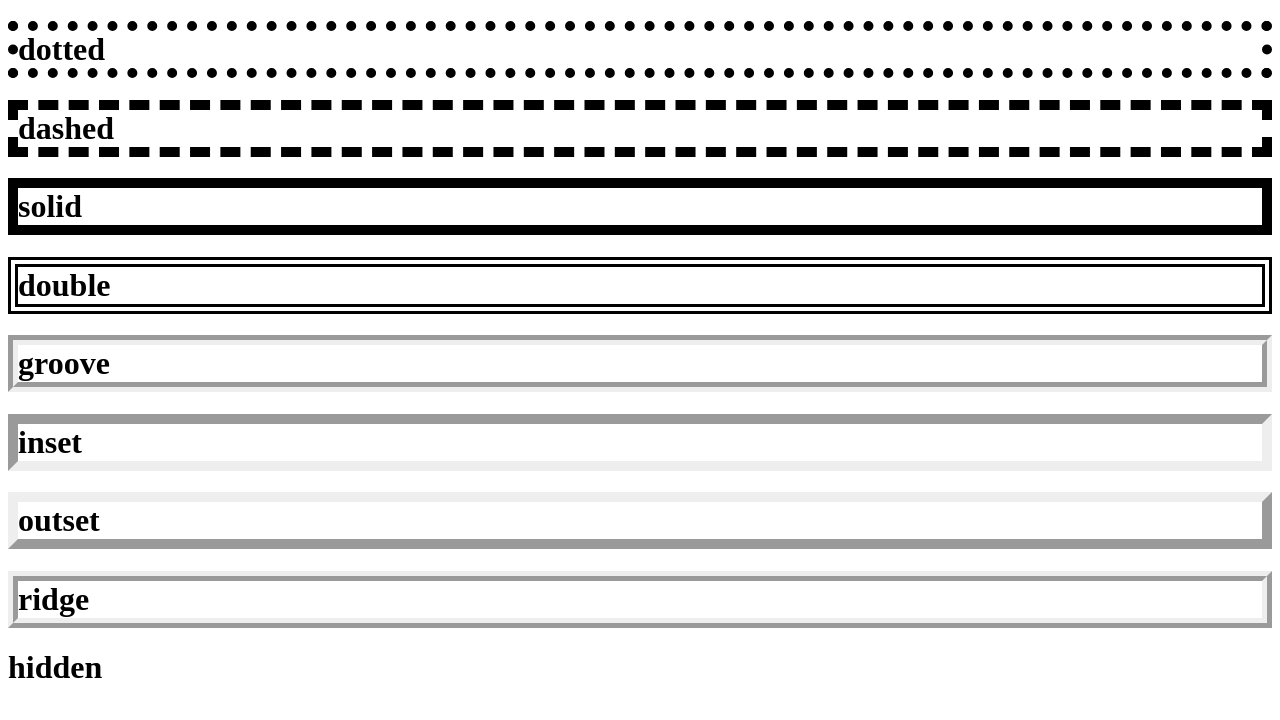
Repository: KimHeonSeung/TJE_HTML
Page: sources/day_04/WebContent/border_style.html
These files come from the project's save history. The page is drawn as it stood at one moment and after the next save; the edit follows.
The browser window is 1280 px wide. The pictures show the whole page.

Above is the page before, as saved 2019-05-15 01:24:04.

### sources/day_04/WebContent/border_style.html
<!DOCTYPE html>
<html>
<head>
<meta charset="UTF-8">
<title>Insert title here</title>
<style>
#dot {
	border-style: dotted;
	border-width: 10px;
}

#dash {
	border-style: dashed;
	border-width: 10px;
}

#solid {
	border-style: solid;
	border-width: 10px;
}

#groove {
	border-style: groove;
	border-width: 10px;
}

#inset {
	border-style: inset;
	border-width: 10px;
}

#outset {
	border-style: outset;
	border-width: 10px;
}

#ridge {
	border-style: ridge;
	border-width: 10px;
}

#hidden {
	border-style: hidden;
	border-width: 10px;
}

#double {
	border-style: double;
	border-width: 10px;
}

</style>

</head>
<body>
<h1 id = "dot" border = 1>dotted</h1>
<h1 id = "dash" border = 1>dashed</h1>
<h1 id = "solid" border = 1>solid</h1>
<h1 id = "double" border = 1>double</h1>
<h1 id = "groove" border = 1>groove</h1>
<h1 id = "inset" border = 1>inset</h1>
<h1 id = "outset" border = 1>outset</h1>
<h1 id = "ridge" border = 1>ridge</h1>
<h1 id = "hidden" border = 1>hidden</h1>


</body>
</html>

After the next save:
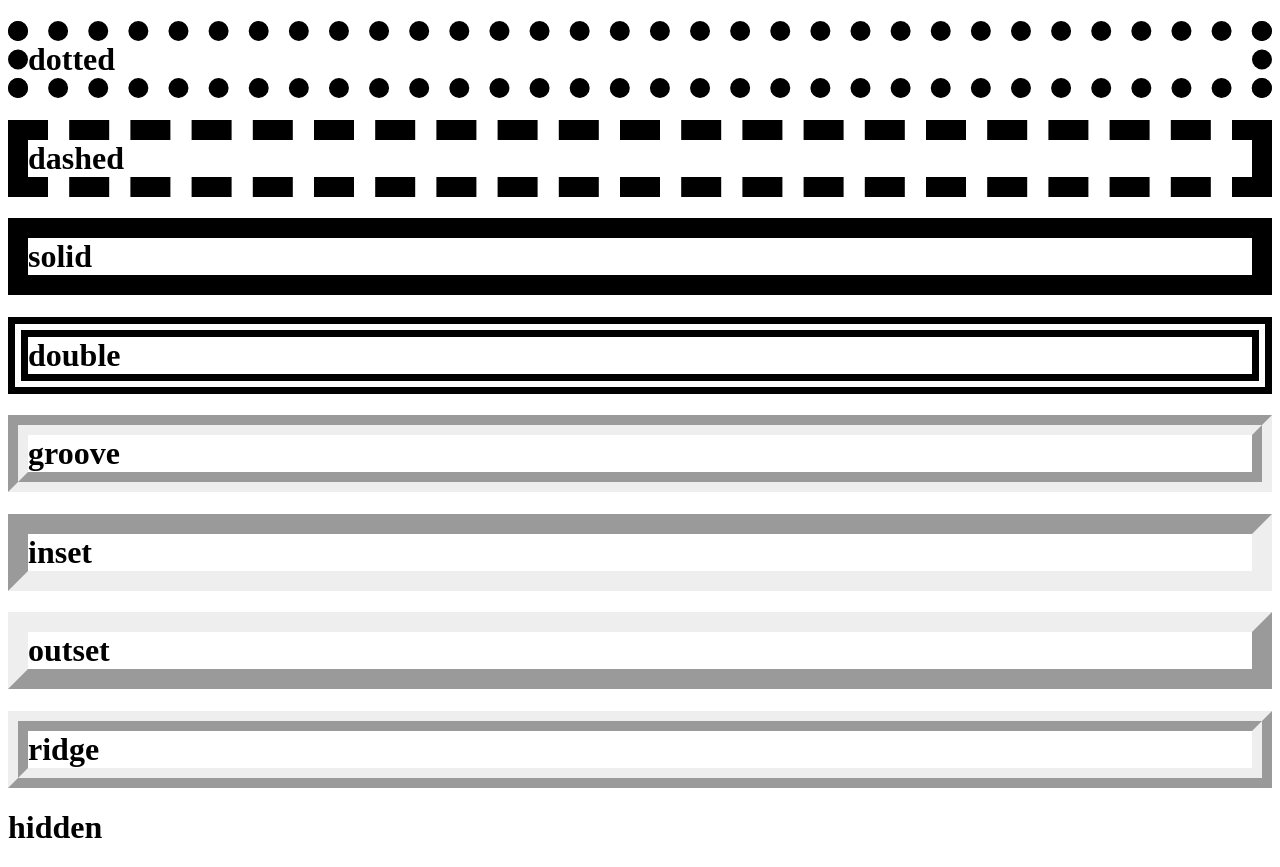
Saved 22 s later.
--- a/sources/day_04/WebContent/border_style.html
+++ b/sources/day_04/WebContent/border_style.html
@@ -6,47 +6,47 @@
 <style>
 #dot {
 	border-style: dotted;
-	border-width: 10px;
+	border-width: 20px;
 }
 
 #dash {
 	border-style: dashed;
-	border-width: 10px;
+	border-width: 20px;
 }
 
 #solid {
 	border-style: solid;
-	border-width: 10px;
+	border-width: 20px;
 }
 
 #groove {
 	border-style: groove;
-	border-width: 10px;
+	border-width: 20px;
 }
 
 #inset {
 	border-style: inset;
-	border-width: 10px;
+	border-width: 20px;
 }
 
 #outset {
 	border-style: outset;
-	border-width: 10px;
+	border-width: 20px;
 }
 
 #ridge {
 	border-style: ridge;
-	border-width: 10px;
+	border-width: 20px;
 }
 
 #hidden {
 	border-style: hidden;
-	border-width: 10px;
+	border-width: 20px;
 }
 
 #double {
 	border-style: double;
-	border-width: 10px;
+	border-width: 20px;
 }
 
 </style>
